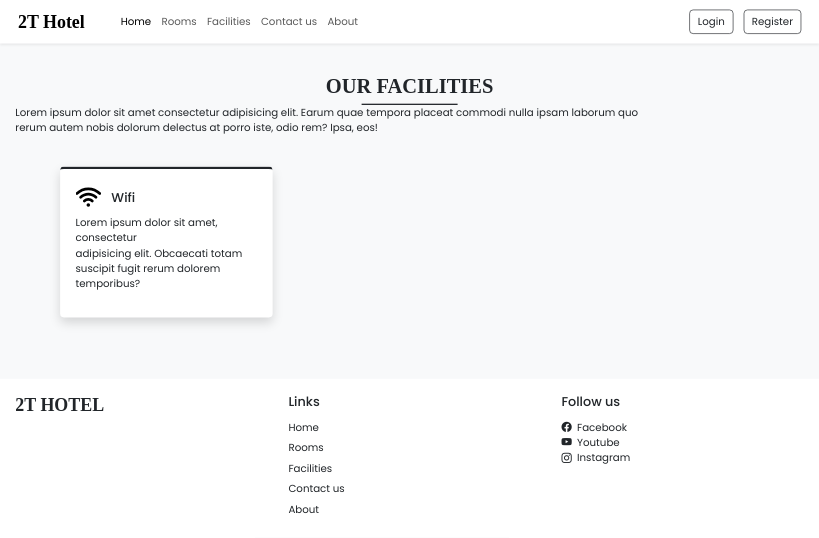
Repository: ntruong0906/desktop-tutorial
Page: http://localhost/facilities.php
These files come from the project's save history. The page is drawn as it stood at one moment and after the next save; the edit follows.
The browser window is 1280 px wide. The pictures show the whole page, at 64% of full size.
Some web fonts or font styles are not loaded; a fallback is used. The page is run by PHP 8.4 with error messages shown; the project is at /var/www/html/.

Above is the page before, as saved 2024-03-17 16:39:06.

### WebsiteBookingHotel/facilities.php
<!DOCTYPE html>
<html lang="en">

<head>
    <meta charset="UTF-8">
    <meta http-equiv="X-UA-Compatible" content="IE-edge">
    <meta name="viewport" content="width=device-width, initial-scale=1.0">
    <title>2T Hotel - FACILITIES</title>
    <?php require('inc/links.php'); ?>
    <style>
    .pop:hover {
        border-top-color: var(--teal) !important;
        transform: scale(1.03);
        transition: all 0.3s;
    }
    </style>
    <link rel="stylesheet" href="https://cdn.jsdelivr.net/npm/swiper@11/swiper-bundle.min.css" />
    <style>
    @media screen and (max-width: 575px) {
        .availability-form {
            margin: 25px;
            padding: 0 35px;
        }
    }
    </style>
</head>

<body class="bg-light">
    <?php require('inc/header.php'); ?>

    <div class="my-5 px-4">
        <h2 class="fw-bold h-font text-center">OUR FACILITIES</h2>
        <div class="h-line bg-dark"></div>
        <p>Lorem ipsum dolor sit amet consectetur adipisicing elit. Earum quae tempora placeat commodi nulla ipsam
            laborum quo <br> rerum autem nobis dolorum delectus at porro iste, odio rem? Ipsa, eos!</p>
    </div>
    <div class="container">
        <div class="row">
            <div class="col-lg-4 col-md-6 mb-5 px-4">
                <div class="bg-white rounded shadow p-4 border-top border-4 border-dark pop">
                    <div class="d-flex align-items-center mb-2">
                        <img src="images/facilities/Wifi.svg" alt="" width="40px">
                        <h5 class="m-0 ms-3">Wifi</h5>
                    </div>
                    <p>Lorem ipsum dolor sit amet, consectetur <br> adipisicing elit. Obcaecati totam suscipit fugit
                        rerum
                        dolorem temporibus?</p>
                </div>
            </div>
        </div>
    </div>
    <!-- footer -->
    <?php require('inc/footer.php'); ?>




    <!-- <script src="https://cdn.jsdelivr.net/npm/swiper@11/swiper-bundle.min.js"></script>
    <script src="https://cdn.jsdelivr.net/npm/bootstrap@5.3.3/dist/js/bootstrap.bundle.min.js"
        integrity="sha384-YvpcrYf0tY3lHB60NNkmXc5s9fDVZLESaAA55NDzOxhy9GkcIdslK1eN7N6jIeHz" crossorigin="anonymous">
    </script> -->
    <!-- <script>
    var swiper = new Swiper(".swiper-container", {
        spaceBetween: 30,
        effect: "fade",
        loop: true,
        autoplay: {
            delay: 3500,
            disableOnInteraction: false,
        }
    });
    var swiper = new Swiper(".swiper-testimonials", {
        effect: "coverflow",
        grabCursor: true,
        centeredSlides: true,
        slidesPerView: "auto",
        slidesPerView: "3",
        loop: true,
        coverflowEffect: {
            rotate: 50,
            stretch: 0,
            depth: 100,
            modifier: 1,
            slideShadows: false,
        },
        pagination: {
            el: ".swiper-pagination",
        },
        breakpoints: {
            320: {
                slidesPerView: 1,
            },
            640: {
                slidesPerView: 1,
            },
            768: {
                slidesPerView: 2,
            },
            1024: {
                slidesPerView: 3,
            },
        }
    });
    </script> -->
</body>

</html>

### WebsiteBookingHotel/inc/links.php
<link href="https://cdn.jsdelivr.net/npm/bootstrap@5.3.3/dist/css/bootstrap.min.css" rel="stylesheet"
    integrity="sha384-QWTKZyjpPEjISv5WaRU9OFeRpok6YctnYmDr5pNlyT2bRjXh0JMhjY6hW+ALEwIH" crossorigin="anonymous">
<link href="https://fonts.googleapis.com/css2?family=Merienda:wght@400;700&family=Poppins:wght@400;500;600&display=swap"
    rel="stylesheet">
<link rel="stylesheet" href="https://cdn.jsdelivr.net/npm/bootstrap-icons@1.11.3/font/bootstrap-icons.min.css">
<link rel="stylesheet" href="css/common.css">

### WebsiteBookingHotel/inc/header.php
<nav class="navbar navbar-expand-lg navbar-light bg-white px-lg-3 py-lg-2 shadow-sm sticky-top">
    <div class="container-fluid">
        <a class="navbar-brand me-5 fw-bold fs-3 h-font" href="index.php">2T Hotel</a>
        <button class="navbar-toggler shadow-none" type="button" data-bs-toggle="collapse"
            data-bs-target="#navbarSupportedContent" aria-controls="navbarSupportedContent" aria-expanded="false"
            aria-label="Toggle navigation">
            <span class="navbar-toggler-icon"></span>
        </button>
        <div class="collapse navbar-collapse" id="navbarSupportedContent">
            <ul class="navbar-nav me-auto mb-2 mb-lg-0">
                <li class="nav-item">
                    <a class="nav-link active" aria-current="page" href="index.php">Home</a>
                </li>
                <li class="nav-item">
                    <a class="nav-link" href="#">Rooms</a>
                </li>
                <li class="nav-item">
                    <a class="nav-link" href="facilities.php">Facilities</a>
                </li>
                <li class="nav-item">
                    <a class="nav-link" href="#">Contact us</a>
                </li>
                <li class="nav-item">
                    <a class="nav-link" href="#">About</a>
                </li>
            </ul>
            <div class="d-flex">
                <button type="button" class="btn btn-outline-dark shadow-none me-lg-3 me-2" data-bs-toggle="modal"
                    data-bs-target="#loginModal">
                    Login
                </button>
                <button type="button" class="btn btn-outline-dark shadow-none " data-bs-toggle="modal"
                    data-bs-target="#registerModal">
                    Register
                </button>
            </div>
        </div>
    </div>
</nav>

<!-- login -->
<div class="modal fade" id="loginModal" data-bs-backdrop="static" data-bs-keyboard="false" tabindex="-1"
    aria-labelledby="staticBackdropLabel" aria-hidden="true">
    <div class="modal-dialog">
        <div class="modal-content">
            <form>
                <div class="modal-header">
                    <h5 class="modal-title d-flex align-item-center">
                        <i class="bi bi-person-circle fs-5 me-2"></i> User login
                    </h5>
                    <button type="reset" class="btn-close shadow-none" data-bs-dismiss="modal"
                        aria-label="Close"></button>
                </div>
                <div class="modal-body">
                    <div class="mb-3">
                        <label class="form-label">Email address</label>
                        <input type="email" class="form-control shadow-none">
                    </div>
                    <div class="mb-4">
                        <label class="form-label">Password</label>
                        <input type="password" class="form-control shadow-none">
                    </div>
                    <div class="d-flex align-items-center justify-content-between mb-2">
                        <button type="submit" class="btn btn-dark shadow-none">LOGIN</button>
                        <a href="javascript: void(0)" class="text-secondary text-decoration-none">Forgot
                            Password?</a>
                    </div>
                </div>
            </form>
        </div>
    </div>
</div>

<!-- Register -->
<div class="modal fade" id="registerModal" data-bs-backdrop="static" data-bs-keyboard="false" tabindex="-1"
    aria-labelledby="staticBackdropLabel" aria-hidden="true">
    <div class="modal-dialog modal-lg">
        <div class="modal-content">
            <form>
                <div class="modal-header">
                    <h5 class="modal-title d-flex align-item-center">
                        <i class="bi bi-person-lines-fill fs-5 me-2"></i>
                        User Registration
                    </h5>
                    <button type="reset" class="btn-close shadow-none" data-bs-dismiss="modal"
                        aria-label="Close"></button>
                </div>
                <div class="modal-body">
                    <span class="badge rounded-pill bg-light text-dark mb-3 text-wrap lh-base">
                        Note: Your details must match with your ID (Aadhar card, passport, driving license, etc.)
                        that will be required dring check-in.
                    </span>
                    <div class="container-fluid">
                        <div class="row">
                            <!-- Name -->
                            <div class="col-md-6 ps-0 mb-3">
                                <label class="form-label">Name</label>
                                <input type="text" class="form-control shadow-none">
                            </div>
                            <!-- Email -->
                            <div class="col-md-6 p-0 mb-3">
                                <label class="form-label">Email</label>
                                <input type="email" class="form-control shadow-none">
                            </div>
                            <!-- Phone Number -->
                            <div class="col-md-6 ps-0 mb-3">
                                <label class="form-label">Phone Number</label>
                                <input type="number" class="form-control shadow-none">
                            </div>
                            <!-- Picture -->
                            <div class="col-md-6 p-0 mb-3">
                                <label class="form-label">Picture</label>
                                <input type="file" class="form-control shadow-none">
                            </div>
                            <!-- Address -->
                            <div class="col-md-12 p-0 mb-3">
                                <label class="form-label">Address</label>
                                <textarea class="form-control shadow-none" rows="1"></textarea>
                            </div>
                            <!-- Pincode -->
                            <div class="col-md-6 ps-0 mb-3">
                                <label class="form-label">Pincode</label>
                                <input type="number" class="form-control shadow-none">
                            </div>
                            <!-- Date of birth -->
                            <div class="col-md-6 p-0 mb-3">
                                <label class="form-label">Date of birth</label>
                                <input type="date" class="form-control shadow-none">
                            </div>
                            <!-- Password -->
                            <div class="col-md-6 ps-0 mb-3">
                                <label class="form-label">Password</label>
                                <input type="password" class="form-control shadow-none">
                            </div>
                            <!-- Comfirm Password -->
                            <div class="col-md-6 p-0 mb-3">
                                <label class="form-label">Comfirm Password</label>
                                <input type="password" class="form-control shadow-none">
                            </div>
                        </div>
                    </div>
                    <div class="text-center my-1">
                        <button type="submit" class="btn btn-dark shadow-none">REGISTER</button>
                    </div>
                </div>
            </form>
        </div>
    </div>
</div>

### WebsiteBookingHotel/inc/footer.php
<div class="container-fluid bg-white mt-5">
    <div class="row">
        <div class="col-lg-4 p-4">
            <h3 class="h-font fw-bold fs-3">2T HOTEL</h3>
            <p>

            </p>
        </div>
        <div class="col-lg-4 p-4">
            <h5 class="mb-3">Links</h5>
            <a href="#" class="d-inline-block mb-2 text-dark text-decoration-none">Home</a><br>
            <a href="#" class="d-inline-block mb-2 text-dark text-decoration-none">Rooms</a><br>
            <a href="#" class="d-inline-block mb-2 text-dark text-decoration-none">Facilities</a><br>
            <a href="#" class="d-inline-block mb-2 text-dark text-decoration-none">Contact us</a><br>
            <a href="#" class="d-inline-block mb-2 text-dark text-decoration-none">About</a>
        </div>
        <div class="col-lg-4 p-4">
            <h5 class="mb-3">Follow us</h5>
            <a href="#" class="d-inline-block text-dark text-decoration-none md-2">
                <i class="bi bi-facebook me-1"></i> Facebook
            </a><br>
            <a href="#" class="d-inline-block text-dark text-decoration-none md-2">
                <i class="bi bi-youtube me-1"></i> Youtube
            </a><br>
            <a href="#" class="d-inline-block text-dark text-decoration-none ">
                <i class="bi bi-instagram me-1"></i> Instagram
            </a><br>
        </div>
    </div>
</div>

### WebsiteBookingHotel/css/common.css
:root{
    --teal: #2ec1ac;
    --teal_hover: #279e8c;
}

* {
    font-family: 'Poppins', sans-serif;
}

.h-font {
    font-family: 'Merienda', cursive;
}

input::-webkit-outer-spin-button,
input::-webkit-inner-spin-button {
    -webkit-appearance: none;
    margin: 0;
}

/* input[type=number] {
    -moz-appearance: textfield;
} */

.custom-bg {
    background-color: var(--teal);
    border: 1px solid var(--teal);
}

.custom-bg:hover {
    background-color: var(--teal_hover);
    border-color: var(--teal_hover);
}

.availability-form {
    margin-top: -50px;
    z-index: 2;
    position: relative;
}
.h-line{
    width: 150px ;
    margin: 0 auto;
    height: 1.7px;
}

### WebsiteBookingHotel/images/facilities/Wifi.svg
<?xml version="1.0" encoding="iso-8859-1"?>
<!-- Generator: Adobe Illustrator 19.0.0, SVG Export Plug-In . SVG Version: 6.00 Build 0)  -->
<svg version="1.1" id="Capa_1" xmlns="http://www.w3.org/2000/svg" xmlns:xlink="http://www.w3.org/1999/xlink" x="0px" y="0px"
	 viewBox="0 0 494.45 494.45" style="enable-background:new 0 0 494.45 494.45;" xml:space="preserve">
<g>
	<g>
		<g>
			<path d="M395.225,277.325c-6.8,0-13.5-2.6-18.7-7.8c-71.4-71.3-187.4-71.3-258.8,0c-10.3,10.3-27.1,10.3-37.4,0
				s-10.3-27.1,0-37.4c92-92,241.6-92,333.6,0c10.3,10.3,10.3,27.1,0,37.4C408.725,274.725,401.925,277.325,395.225,277.325z"/>
		</g>
		<g>
			<path d="M323.625,348.825c-6.8,0-13.5-2.6-18.7-7.8c-15.4-15.4-36-23.9-57.8-23.9s-42.4,8.5-57.8,23.9
				c-10.3,10.3-27.1,10.3-37.4,0c-10.3-10.3-10.3-27.1,0-37.4c25.4-25.4,59.2-39.4,95.2-39.4s69.8,14,95.2,39.5
				c10.3,10.3,10.3,27.1,0,37.4C337.225,346.225,330.425,348.825,323.625,348.825z"/>
		</g>
		<g>
			<circle cx="247.125" cy="398.925" r="35.3"/>
		</g>
		<g>
			<path d="M467.925,204.625c-6.8,0-13.5-2.6-18.7-7.8c-111.5-111.4-292.7-111.4-404.1,0c-10.3,10.3-27.1,10.3-37.4,0
				s-10.3-27.1,0-37.4c64-64,149-99.2,239.5-99.2s175.5,35.2,239.5,99.2c10.3,10.3,10.3,27.1,0,37.4
				C481.425,202.025,474.625,204.625,467.925,204.625z"/>
		</g>
	</g>
</g>
<g>
</g>
<g>
</g>
<g>
</g>
<g>
</g>
<g>
</g>
<g>
</g>
<g>
</g>
<g>
</g>
<g>
</g>
<g>
</g>
<g>
</g>
<g>
</g>
<g>
</g>
<g>
</g>
<g>
</g>
</svg>

After the next save:
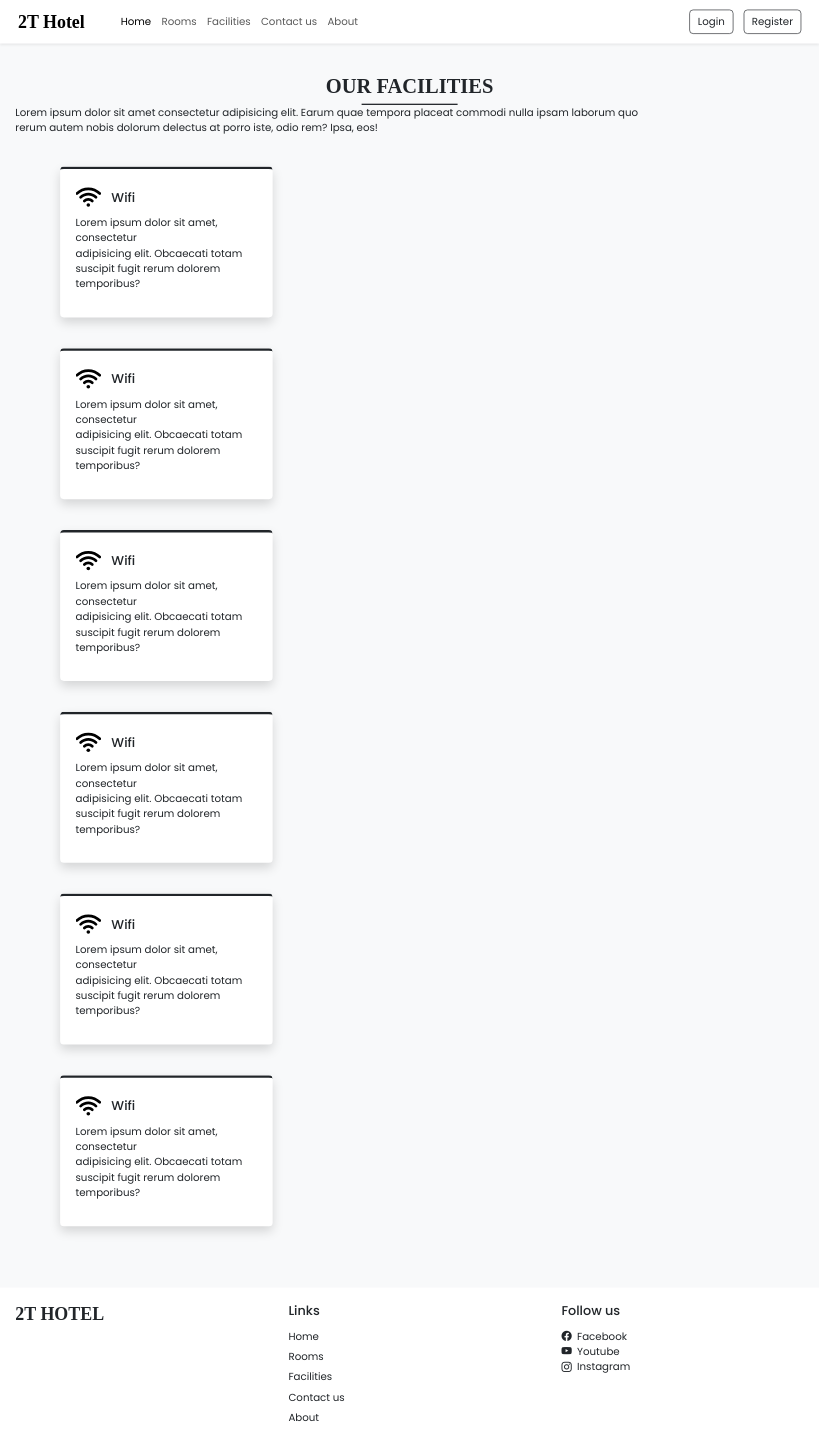
Saved 2 min 38 s later.
--- a/WebsiteBookingHotel/facilities.php
+++ b/WebsiteBookingHotel/facilities.php
@@ -49,6 +49,82 @@
             </div>
         </div>
     </div>
+    <div class="container">
+        <div class="row">
+            <div class="col-lg-4 col-md-6 mb-5 px-4">
+                <div class="bg-white rounded shadow p-4 border-top border-4 border-dark pop">
+                    <div class="d-flex align-items-center mb-2">
+                        <img src="images/facilities/Wifi.svg" alt="" width="40px">
+                        <h5 class="m-0 ms-3">Wifi</h5>
+                    </div>
+                    <p>Lorem ipsum dolor sit amet, consectetur <br> adipisicing elit. Obcaecati totam suscipit fugit
+                        rerum
+                        dolorem temporibus?</p>
+                </div>
+            </div>
+        </div>
+    </div>
+    <div class="container">
+        <div class="row">
+            <div class="col-lg-4 col-md-6 mb-5 px-4">
+                <div class="bg-white rounded shadow p-4 border-top border-4 border-dark pop">
+                    <div class="d-flex align-items-center mb-2">
+                        <img src="images/facilities/Wifi.svg" alt="" width="40px">
+                        <h5 class="m-0 ms-3">Wifi</h5>
+                    </div>
+                    <p>Lorem ipsum dolor sit amet, consectetur <br> adipisicing elit. Obcaecati totam suscipit fugit
+                        rerum
+                        dolorem temporibus?</p>
+                </div>
+            </div>
+        </div>
+    </div>
+    <div class="container">
+        <div class="row">
+            <div class="col-lg-4 col-md-6 mb-5 px-4">
+                <div class="bg-white rounded shadow p-4 border-top border-4 border-dark pop">
+                    <div class="d-flex align-items-center mb-2">
+                        <img src="images/facilities/Wifi.svg" alt="" width="40px">
+                        <h5 class="m-0 ms-3">Wifi</h5>
+                    </div>
+                    <p>Lorem ipsum dolor sit amet, consectetur <br> adipisicing elit. Obcaecati totam suscipit fugit
+                        rerum
+                        dolorem temporibus?</p>
+                </div>
+            </div>
+        </div>
+    </div>
+    <div class="container">
+        <div class="row">
+            <div class="col-lg-4 col-md-6 mb-5 px-4">
+                <div class="bg-white rounded shadow p-4 border-top border-4 border-dark pop">
+                    <div class="d-flex align-items-center mb-2">
+                        <img src="images/facilities/Wifi.svg" alt="" width="40px">
+                        <h5 class="m-0 ms-3">Wifi</h5>
+                    </div>
+                    <p>Lorem ipsum dolor sit amet, consectetur <br> adipisicing elit. Obcaecati totam suscipit fugit
+                        rerum
+                        dolorem temporibus?</p>
+                </div>
+            </div>
+        </div>
+    </div>
+    <div class="container">
+        <div class="row">
+            <div class="col-lg-4 col-md-6 mb-5 px-4">
+                <div class="bg-white rounded shadow p-4 border-top border-4 border-dark pop">
+                    <div class="d-flex align-items-center mb-2">
+                        <img src="images/facilities/Wifi.svg" alt="" width="40px">
+                        <h5 class="m-0 ms-3">Wifi</h5>
+                    </div>
+                    <p>Lorem ipsum dolor sit amet, consectetur <br> adipisicing elit. Obcaecati totam suscipit fugit
+                        rerum
+                        dolorem temporibus?</p>
+                </div>
+            </div>
+        </div>
+    </div>
+
     <!-- footer -->
     <?php require('inc/footer.php'); ?>
 
